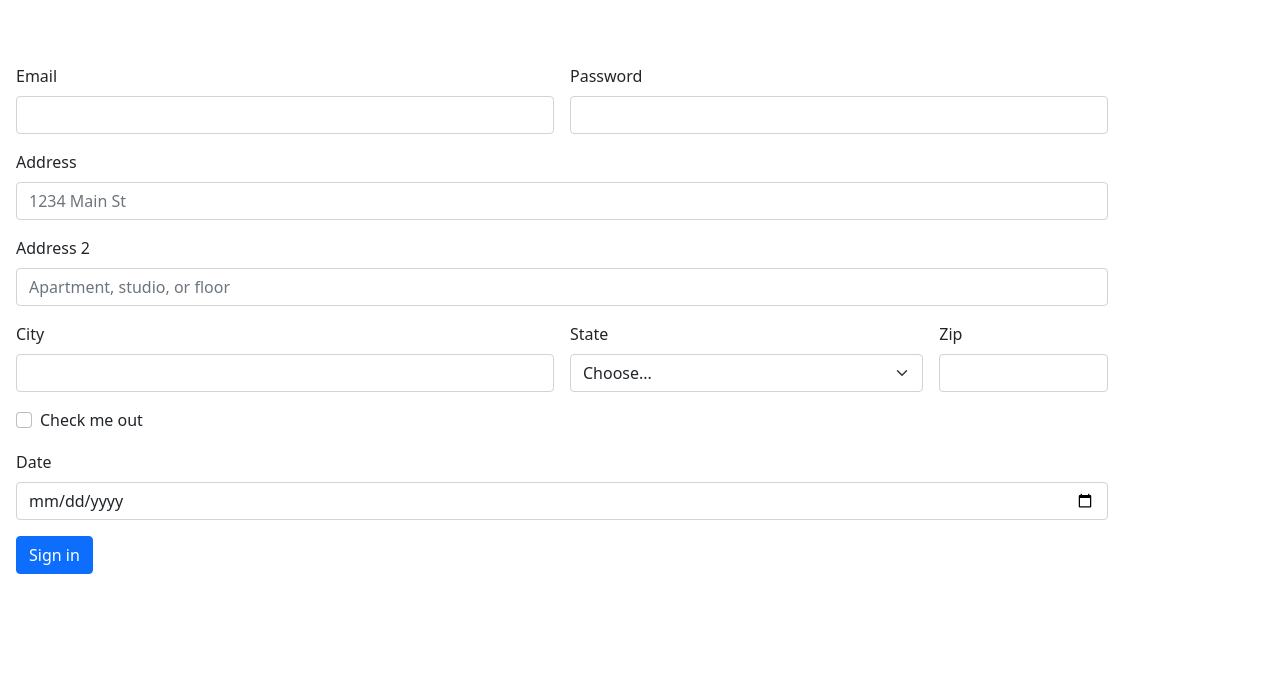
Repository: arbazkhanmadani/Spring-MVC-Work
Page: http://localhost/spring-mvc/WEB-INF/views/complexForm.jsp
These files come from the project's save history. The page is drawn as it stood at one moment and after the next save; the edit follows.
The browser window is 1280 px wide. The pictures show the whole page.
The page is served by Tomcat 9. Nobody is signed in. Other server files are loaded and not shown. The template is opened directly, without the code that normally fills it, so the values that code supplies are empty.

Above is the page before, as saved 2024-07-03 12:14:13.

### spring-mvc/src/main/webapp/WEB-INF/views/complexForm.jsp
<%@ page language="java" contentType="text/html; charset=ISO-8859-1"
    pageEncoding="ISO-8859-1"%>
<!DOCTYPE html>
<html>
<head>
<meta charset="ISO-8859-1">
<title>Insert title here</title>
<link href="https://cdn.jsdelivr.net/npm/bootstrap@5.0.2/dist/css/bootstrap.min.css" rel="stylesheet">
<script src="https://cdn.jsdelivr.net/npm/bootstrap@5.0.2/dist/js/bootstrap.bundle.min.js"></script>
</head>
<body>


<form class="container row g-3 mt-5" action="complex-form-submit" method="post" >
  <div class="col-md-6">
    <label for="inputEmail4" class="form-label">Email</label>
    <input type="email" name="email" class="form-control" id="inputEmail4">
  </div>
  <div class="col-md-6">
    <label for="inputPassword4" class="form-label">Password</label>
    <input type="password" name="pass" class="form-control" id="inputPassword4">
  </div>
  <div class="col-12">
    <label for="inputAddress" class="form-label">Address</label>
    <input type="text" name="addr1" class="form-control" id="inputAddress" placeholder="1234 Main St">
  </div>
  <div class="col-12">
    <label for="inputAddress2" class="form-label">Address 2</label>
    <input type="text" name="addr2" class="form-control" id="inputAddress2" placeholder="Apartment, studio, or floor">
  </div>
  <div class="col-md-6">
    <label for="inputCity" class="form-label">City</label>
    <input type="text" name="city" class="form-control" id="inputCity">
  </div>
  <div class="col-md-4">
    <label for="inputState" class="form-label">State</label>
    <select id="inputState" name="state" class="form-select">
      <option selected>Choose...</option>
      <option>madhya pradesh</option>
      <option>uttar pradesh</option>
      <option>himachal pradesh</option>

    </select>
  </div>
  <div class="col-md-2">
    <label for="inputZip" class="form-label">Zip</label>
    <input type="text" name="zip" class="form-control" id="inputZip">
  </div>
  <div class="col-12">
    <div class="form-check">
      <input class="form-check-input" name="check" type="checkbox" id="gridCheck">
      <label class="form-check-label" for="gridCheck">
        Check me out
      </label>
    </div>
  </div>
   <div class="col-12">
    <label for="inputAddress2" class="form-label">Date</label>
    <input type="date" name="date" class="form-control" id="inputAddress2" placeholder="dd/mm/yyyy">
  </div>
  <div class="col-12">
    <button type="submit" class="btn btn-primary">Sign in</button>
  </div>
</form>
</body>
</html>

After the next save:
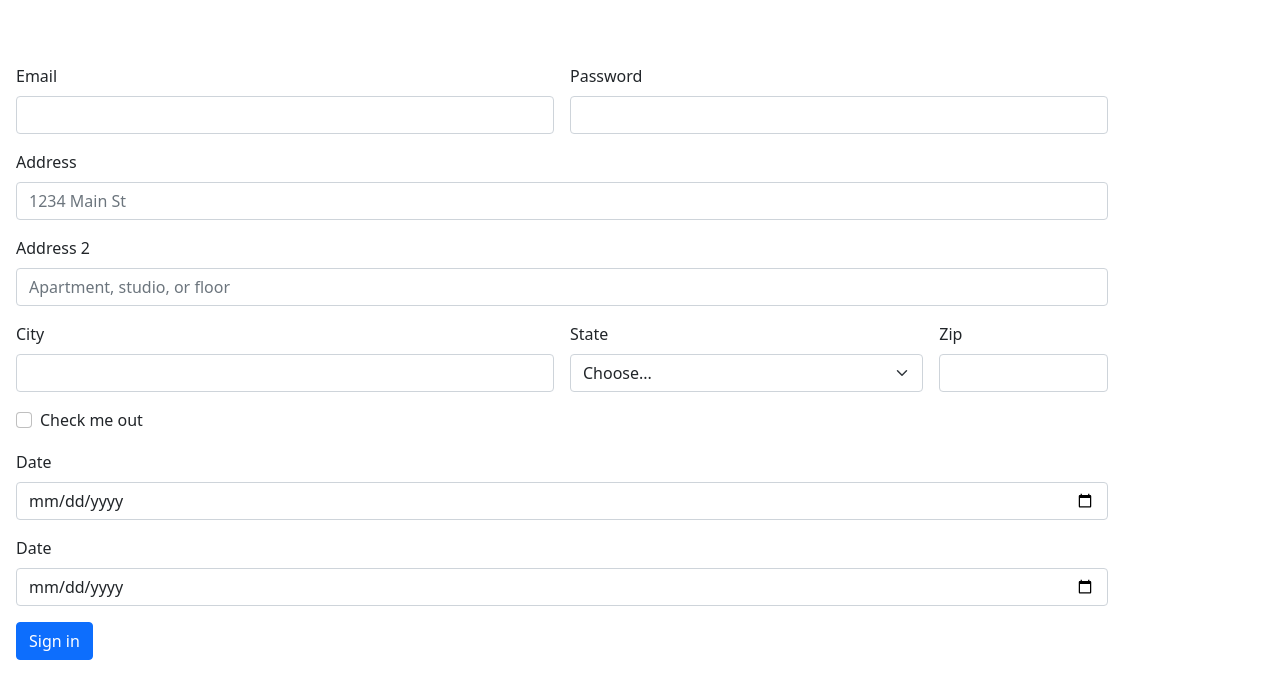
Saved 26 s later.
--- a/spring-mvc/src/main/webapp/WEB-INF/views/complexForm.jsp
+++ b/spring-mvc/src/main/webapp/WEB-INF/views/complexForm.jsp
@@ -58,6 +58,12 @@
     <label for="inputAddress2" class="form-label">Date</label>
     <input type="date" name="date" class="form-control" id="inputAddress2" placeholder="dd/mm/yyyy">
   </div>
+
+  <div class="col-12">
+    <label for="inputAddress2" class="form-label">Date</label>
+    <input type="date" name="clg.collegeName" class="form-control" id="inputAddress2" placeholder="dd/mm/yyyy">
+  </div>
+
   <div class="col-12">
     <button type="submit" class="btn btn-primary">Sign in</button>
   </div>
